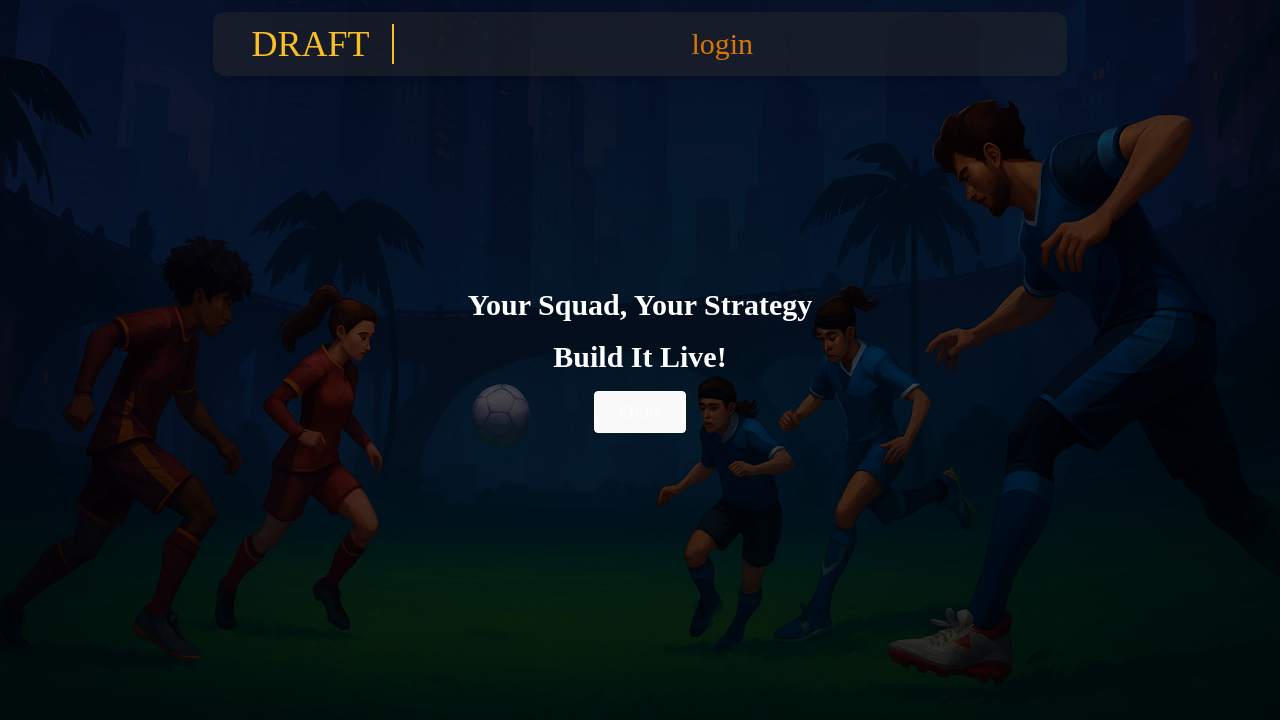
Repository: MehediMim/LeagueCrafter--Online-Auction-Platform-Project
Page: / (app in my-app/)
An editor plug-in stored every save of this project. The page is shown before and after the next save, followed by the edit.
The browser window is 1280 px wide. The pictures show the whole page.
Some web fonts or font styles are not loaded; a fallback is used. The project was rebuilt for these pictures with package versions that can differ from the ones it lists, and the page was loaded fresh each time. Also part of the build but not shown: my-app/vite.config.js, my-app/src/pages/Dashboard.jsx, my-app/src/pages/Login.jsx.

Above is the page before, as saved 2025-05-25 02:16:01.

After the next save:
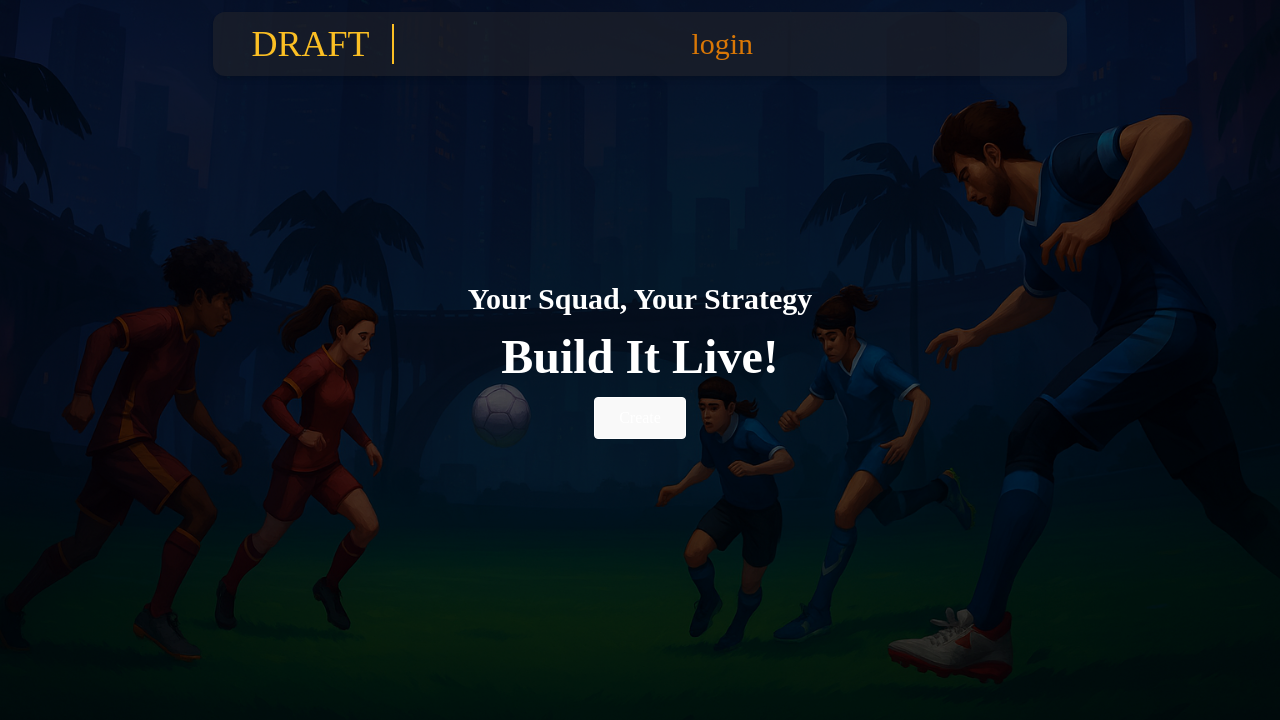
Saved 4 s later.
--- a/my-app/src/pages/Home.jsx
+++ b/my-app/src/pages/Home.jsx
@@ -15,7 +15,7 @@ export default function Home() {
           <h1 className="text-3xl font-barrio font-bold">
             Your Squad, Your Strategy
           </h1>
-          <h1 className="text-3xl font-barrio font-bold">
+          <h1 className="text-5xl font-barrio font-bold">
             Build It Live!
           </h1>
           <button className="font-jaro px-6 py-2 text-white hover:bg-white hover:text-black border border-white rounded">
